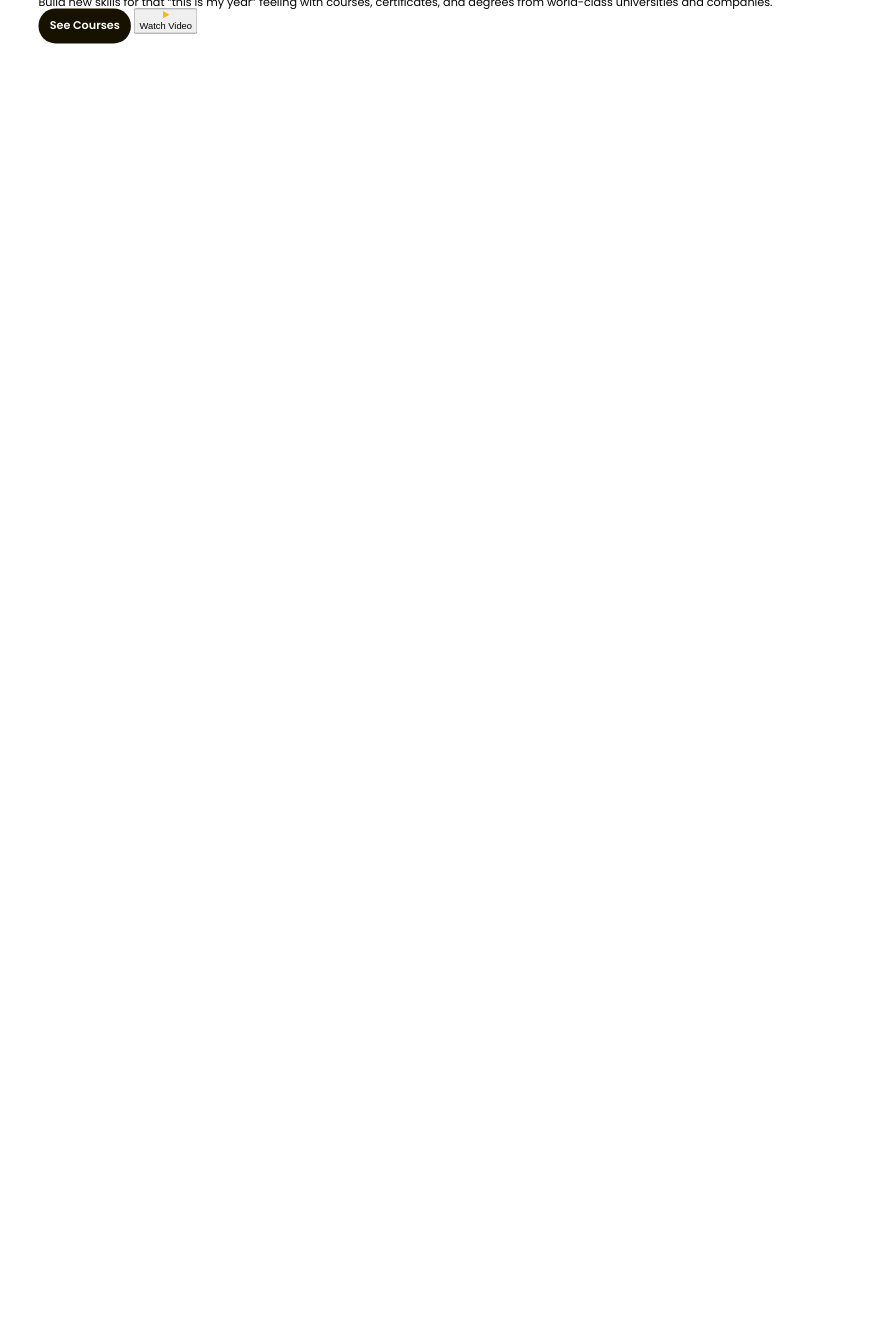
Repository: Tran-Dat/F8-Project-02
Page: index.html
The author's editor kept a copy of each file at every save. The page is drawn from the files as they stood at one save, then again after the next save.
The browser window is 1280 px wide. The pictures show the part of the page from y = 870 to 2770 px (the page is 3000 px tall), at 70% of full size.
A picture or video elsewhere on the page could not be fetched, so the positions and the page height are approximate.

Above is the page before, as saved 2023-03-30 10:12:02.

After the next save:
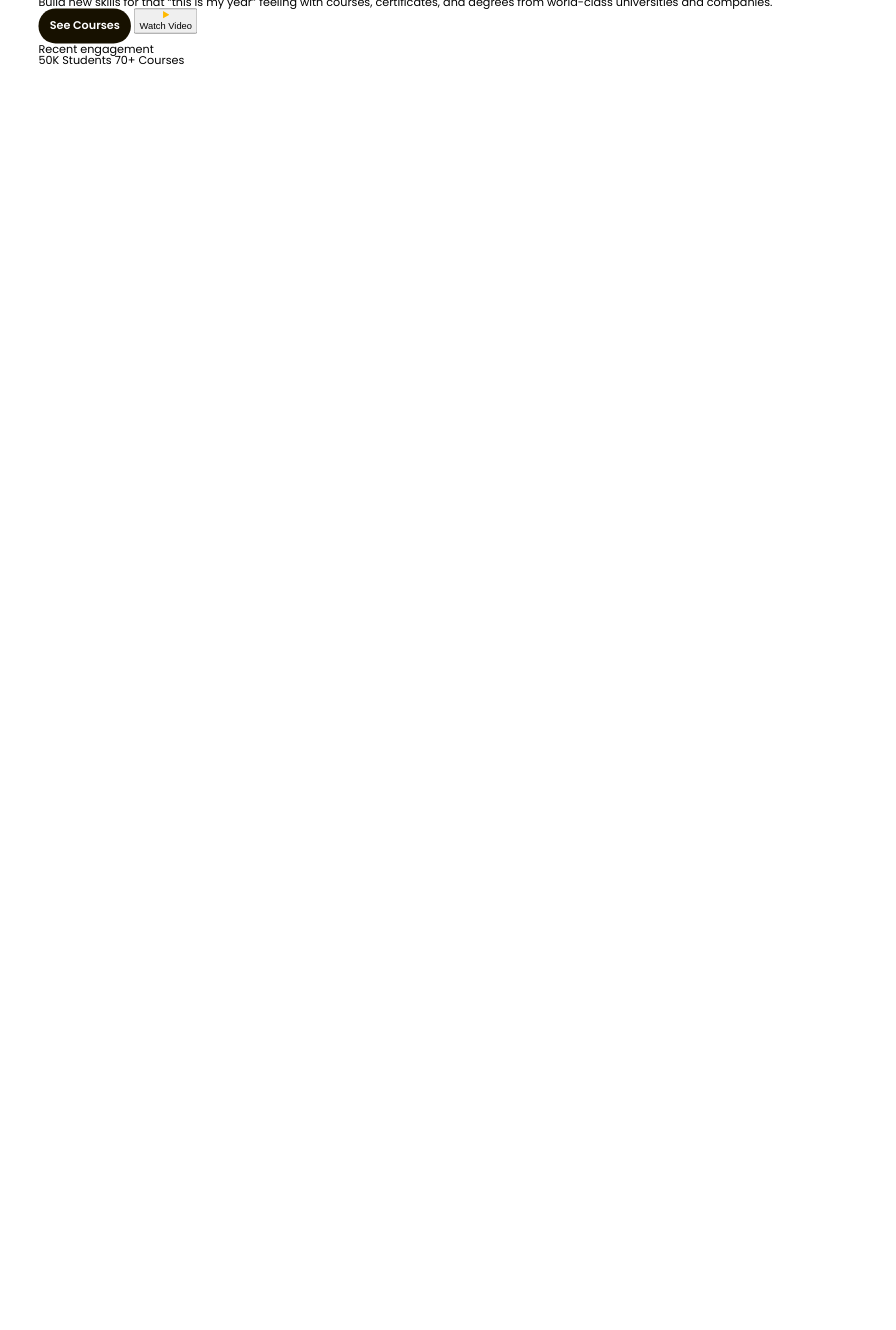
Saved 110 s later.
--- a/index.html
+++ b/index.html
@@ -137,6 +137,8 @@
                                     <span>Watch Video</span>
                                 </button>
                             </div>
+                            <p class="desc">Recent engagement</p>
+                            <p class="desc">50K Students 70+ Courses</p>
                         </div>
                     </div>
                 </div>
